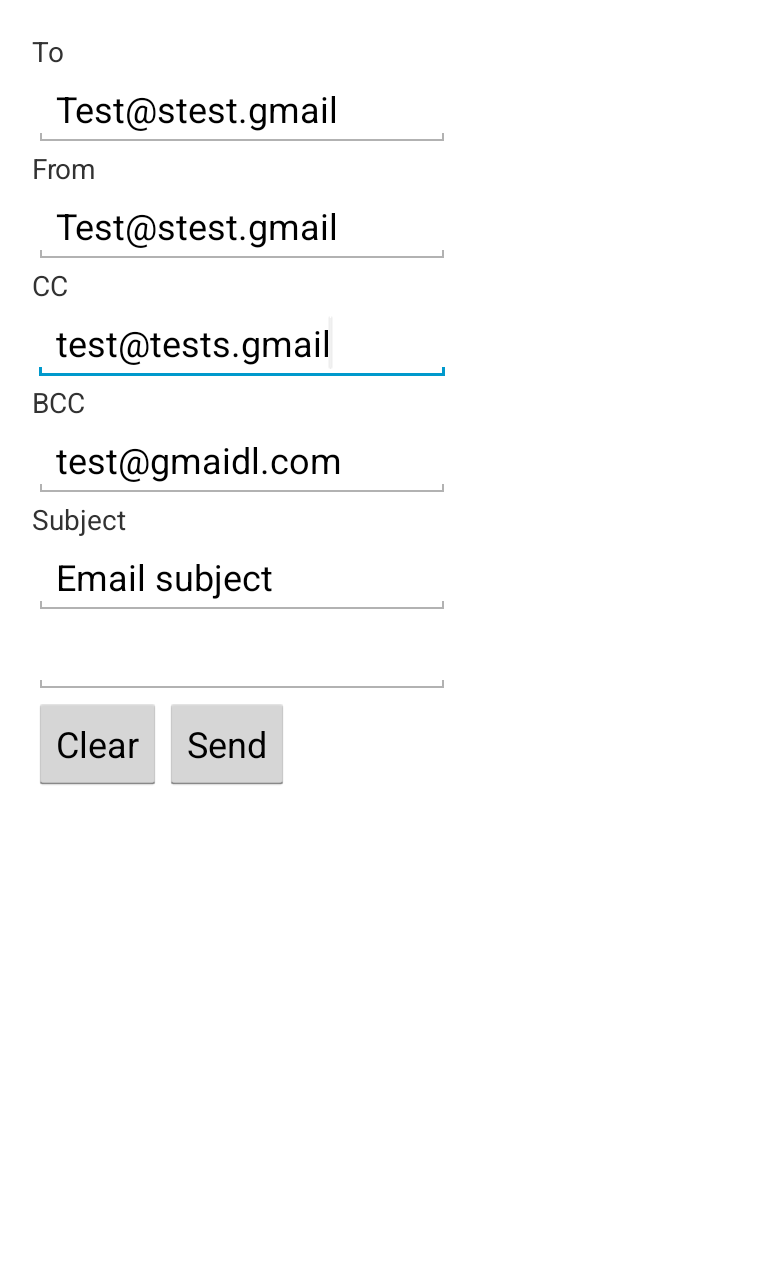
Repository: tmccartan/Android
Layout: Assignment1/res/layout/activity_email_composition.xml
An editor plug-in stored every save of this project. The layout is shown before and after the next save, followed by the edit.
It is drawn on a 768 x 1280 px phone screen (xhdpi) without system bars, with theme AppTheme; the app's code is not run.

Above is the layout before, as saved 2015-02-11 18:23:10.

After the next save:
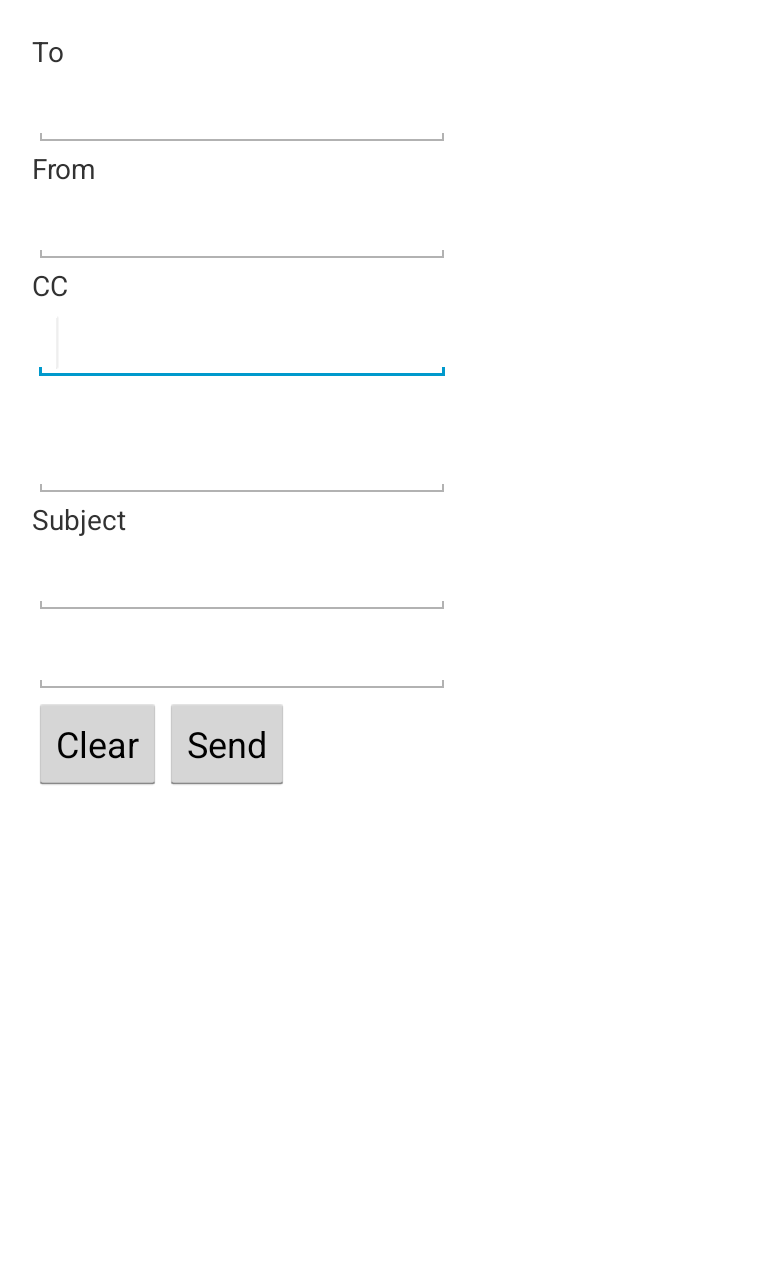
Saved 12 min 9 s later.
--- a/Assignment1/res/layout/activity_email_composition.xml
+++ b/Assignment1/res/layout/activity_email_composition.xml
@@ -42,7 +42,7 @@
                     android:id="@+id/txtTo"
                     android:layout_width="wrap_content"
                     android:layout_height="wrap_content"
-                    android:text="Test@stest.gmail" />
+                     />
             </TableRow>
 
             <TableRow
@@ -68,7 +68,7 @@
                     android:layout_height="wrap_content"
                     android:ems="10"
                     android:inputType="textEmailAddress"
-                    android:text="Test@stest.gmail" />
+                     />
             </TableRow>
 
             <TableRow
@@ -93,8 +93,7 @@
                     android:id="@+id/txtCC"
                     android:layout_width="wrap_content"
                     android:layout_height="wrap_content"
-                    android:ems="10"
-                    android:text="test@tests.gmail" >
+                    android:ems="10" >
 
                     <requestFocus />
                 </EditText>
@@ -110,7 +109,7 @@
                     android:id="@+id/textView3"
                     android:layout_width="wrap_content"
                     android:layout_height="wrap_content"
-                    android:text="BCC" />
+                     />
 
             </TableRow>
 
@@ -123,8 +122,7 @@
                     android:id="@+id/txtBCC"
                     android:layout_width="wrap_content"
                     android:layout_height="wrap_content"
-                    android:ems="10"
-                    android:text="test@gmaidl.com" />
+                    android:ems="10" />
 
             </TableRow>
 
@@ -150,8 +148,7 @@
                     android:id="@+id/txtSubject"
                     android:layout_width="wrap_content"
                     android:layout_height="wrap_content"
-                    android:ems="10"
-                    android:text="Email subject" />
+                    android:ems="10" />
 
             </TableRow>
 
